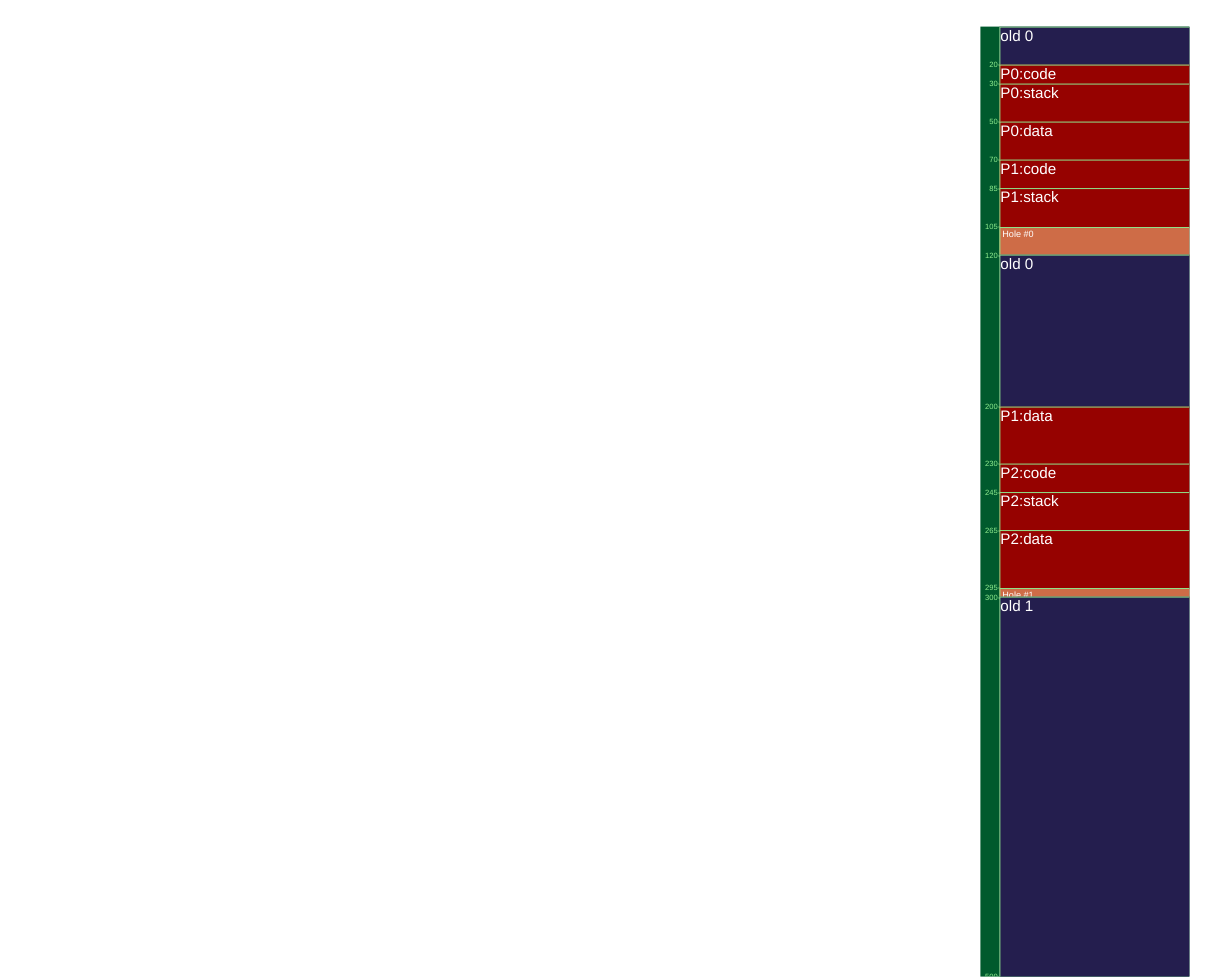
Repository: atout811/memory-allocation-project
Page: /#/final
These files come from the project's save history. The page is drawn as it stood at one moment and after the next save; the edit follows.
The browser window is 1280 px wide. The pictures show the whole page, at 95% of full size.
The project was rebuilt for these pictures with package versions that can differ from the ones it lists, and the page was loaded fresh each time. Also part of the build but not shown: src/views/MemoryAndHoles.vue, src/views/Process.vue, src/views/Methods.vue.

Above is the page before, as saved 2021-06-10 16:46:11.

### src/App.vue
<template>
  <router-view v-slot="{ Component }">
    <transition name="fade" mode="out-in">
      <component :is="Component" />
    </transition>
  </router-view>
</template>
<script>
import MemHole from "./views/MemoryAndHoles.vue";
export default {
  name: "App",
  components: { MemHole },
};
</script>
<style lang="scss">
#app {
  font-family: Avenir, Helvetica, Arial, sans-serif;
  -webkit-font-smoothing: antialiased;
  -moz-osx-font-smoothing: grayscale;
  text-align: center;
  color: #2c3e50;
  display: flex;
  flex-direction: column;
  align-items: center;
}
a {
  font-weight: bold;
  color: #42b983;

  &.router-link-exact-active {
    color: #42b983;
  }
}
.fade-enter-active,
.fade-leave-active {
  transition: opacity 0.5s ease;
}
.fade-enter-from, .fade-leave-to /* .fade-leave-active below version 2.1.8 */ {
  opacity: 0;
}
</style>

### src/router/index.js
import { createRouter, createWebHashHistory } from "vue-router";
import Process from "../views/Process";
import MemoryAndHoles from "../views/MemoryAndHoles";
import Methods from "../views/Methods";
import Final from "../views/Final";

const routes = [
  {
    path: "/",
    name: "Home",
    component: MemoryAndHoles,
  },
  {
    path: "/process",
    name: "Process",
    component: Process,
  },
  {
    path: "/methods",
    name: "Methods",
    component: Methods,
  },
  {
    path: "/final",
    name: "Final",
    component: Final,
  },
];

const router = createRouter({
  history: createWebHashHistory(),
  routes,
});

export default router;

### src/store/index.js
import { createStore } from "vuex";

export default createStore({
  state: {
    input: {
      memSize: 500,
      Holes: [
        { starting: 20, size: 100 },
        { starting: 200, size: 100 },
      ],
      Processes: [
        {
          name: "P0",
          segments: [
            { name: "code", size: 10 },
            { name: "stack", size: 20 },
            { name: "data", size: 20 },
          ],
        },
        {
          name: "P1",
          segments: [
            { name: "code", size: 15 },
            { name: "stack", size: 20 },
            { name: "data", size: 30 },
          ],
        },
        {
          name: "P2",
          segments: [
            { name: "code", size: 15 },
            { name: "stack", size: 20 },
            { name: "data", size: 30 },
          ],
        },
        {
          name: "P3",
          segments: [
            { name: "code", size: 15 },
            { name: "stack", size: 20 },
            { name: "data", size: 30 },
          ],
        },
      ],
      Method: "best-fit",
    },
  },
  mutations: {},
  actions: {},
  modules: {},
});

### src/views/Final.vue
<template>
  <div class="memory"></div>
</template>

<script>
export default {
  name: "Final",

  data() {
    return {
      data: this.$store.state.input,
    };
  },
  mounted: function () {
    const memory = document.querySelector(".memory");
    const scale = 2;
    let data = { ...this.data };
    let holes = data.Holes.map((item) => [
      Number(item.starting),
      Number(item.size),
    ]);
    // let holes = [
    //   [140, 100],
    //   [40, 80],
    //   [260, 90],
    // ];

    let totalMemorySize = Number(data.memSize);
    function orderHoles() {
      holes = holes.sort((a, b) => a[0] - b[0]);
    }
    function renderMemory() {
      memory.style.height = `${totalMemorySize * scale}px`;
    }
    renderMemory();
    let obj = {};
    // let test = data.Processes.map((item) => [
    //   null,
    //   item.segments.forEach((el) => {
    //     return Object.assign({ [el.name]: [Number(el.size)] });
    //   }),
    //   item.name,
    // ]);
    let test = [];
    for (let index = 0; index < data.Processes.length; index++) {
      let item = data.Processes[index].segments;
      let temp = {};
      for (let j = 0; j < item.length; j++) {
        temp[item[j].name] = [Number(item[j].size)];
      }
      test[index] = [null, temp, data.Processes[index].name];
    }
    let processes = [...test];
    // processes = [
    //   [null, { code: [10], data: [30], stack: [16] }, "p1"],
    //   [null, { code: [15], data: [30], stack: [25] }, "p3"],
    //   [null, { code: [10], data: [40], stack: [18] }, "p2"],
    //   [null, { code: [12], data: [10], stack: [12] }, "p4"],
    // ]; //start,size,name
    console.log("prooooooooooocess: ", processes);
    let OldProcess = [];

    function generateOldProcess() {
      const firstHoleStart = holes[0][0];

      if (firstHoleStart > 0) OldProcess.push([0, firstHoleStart, `old ${0}`]);

      for (let h = 0; h < holes.length; h++) {
        const holeStart = holes[h][0];
        const HoleSize = holes[h][1];
        const HoleEnd = holeStart + HoleSize;

        if (h === holes.length - 1) {
          const lastHole = totalMemorySize - HoleEnd;
          if (HoleEnd < totalMemorySize)
            OldProcess.push([HoleEnd, lastHole, `old ${h}`]);
        } else {
          const nextStart = holes[h + 1][0];
          OldProcess.push([HoleEnd, nextStart - HoleEnd, `old ${h}`]);
        }
      }
    }
    // alert(holes[0][0])
    function renderHoles(type, holes) {
      // holes ==>
      for (let hole = 0; hole < holes.length; hole += 1) {
        const startingIndex = holes[hole][0];
        const size = holes[hole][1];

        // alert(hole)
        const holeBox = document.createElement("div");
        if (type === "old") {
          holeBox.innerText = holes[hole][2];
          holeBox.classList.add("oldProcess");
        } else if (type === "hole") {
          holeBox.innerText = "Hole #" + hole;
          holeBox.classList.add("hole");
        } else if (type === "process") {
          holeBox.innerText = holes[hole][2];
          holeBox.classList.add("process");
        }

        holeBox.style.top = `${startingIndex * scale}px`;
        holeBox.style.height = `${size * scale}px`;
        const endSize = document.createElement("span");
        const endSizeContainer = document.createElement("div");
        endSizeContainer.classList.add("endSizeContainer");
        endSizeContainer.appendChild(endSize);
        endSize.innerText = startingIndex + size;

        endSize.classList.add("holeEndIndex");
        if (startingIndex !== null) {
          holeBox.appendChild(endSizeContainer);
          memory.appendChild(holeBox);
        } else {
          // ERROR THE PROCESS CAN'T BE ALLOCATED
        }
      }
    }

    const totalProcessSize = (process) =>
      Object.values(process).reduce((prev, acc) => prev + acc);

    let method = data.Method;
    function allocate() {
      for (let p = 0; p < processes.length; p++) {
        // DON'T TOUCH MY SHIT 😡😡😡
        // firstFit(processes[p])
        if (method == "first-fit") {
          console.log("First");
          firstFit(processes[p]);
        } else if (method == "best-fit") {
          console.log("Best");
          bestFit(processes[p], true);
        } else if (method == "first-fit") {
          console.log("Worse");
          bestFit(processes[p], false);
        }
      }
      console.log("PROCCESES", processes);
    }

    function getSmallestHole(tempHoles, segmentSize, isBest) {
      let smallestHole = isBest ? [0, 1000000] : [0, 0];

      tempHoles.forEach((hole, index) => {
        const [holeStart, holeSize] = hole;
        if (isBest) {
          if (holeSize > segmentSize && smallestHole[1] > holeSize) {
            smallestHole = hole;
            smallestHole[2] = index;
          } else if (
            smallestHole[2] === undefined &&
            index === tempHoles.length - 1
          ) {
            // couldn't find hole
            smallestHole[2] = -1;
          }
        } else {
          // worse fit (let largest hole)
          if (holeSize > segmentSize && smallestHole[1] < holeSize) {
            smallestHole = hole;
            smallestHole[2] = index;
          } else if (
            smallestHole[2] === undefined &&
            index === tempHoles.length - 1
          ) {
            // couldn't find hole
            smallestHole[2] = -1;
          }
        }
      });
      return smallestHole;
    }

    function bestFit(p, isBest) {
      // Allocate in the smallest hole
      const segments = p[1];
      let isAllProcessAllocated = true;
      let tempHoles = JSON.parse(JSON.stringify(holes));
      Object.entries(segments).forEach(
        // for each segment
        ([name, value]) => {
          const segmentSize = value[0];
          let smallest = getSmallestHole(tempHoles, segmentSize, isBest);
          const [holeStart, holeEnd, holeIndex] = smallest;
          if (holeIndex == -1) {
            console.log("PROCESS CAN NOt BE ALLOCATED", p);
            isAllProcessAllocated = false;
            p[0] = true;
          }

          value[1] = smallest[0];
          const segEnd = segmentSize + holeStart;

          if (holeIndex !== -1) {
            tempHoles[holeIndex][0] = segEnd;
            const oldHoleSize = tempHoles[holeIndex][1];
            tempHoles[holeIndex][1] = oldHoleSize - segmentSize;
          } else {
            console.log("BUBUBUB", holeIndex);
          }

          //    console.log("value",value)
          //    console.log("smallestHole",smallest)
          console.log("_________________");
        }
      );
      if (isAllProcessAllocated) holes = tempHoles;
    }

    function firstFit(p) {
      // forEach segment loop over the holes
      // create a temp allocation array
      // that array
      // const size =totalProcessSize
      const segments = p[1];
      let isAllProcessAllocated = true;
      let tempHoles = JSON.parse(JSON.stringify(holes));

      Object.entries(segments).forEach(([name, value]) => {
        tempHoles.every((hole, index) => {
          const [holeStart, holeSize] = hole;
          let [size, segmentStartingIndex] = value;
          if (size <= holeSize) {
            value[1] = tempHoles[index][0];
            const segEnd = size + holeStart;
            tempHoles[index][0] = segEnd;
            tempHoles[index][1] = tempHoles[index][1] - size;
            return false;
          } else {
            if (index === tempHoles.length - 1) {
              //😞 مش لاقي مكان
              isAllProcessAllocated = false;
              console.log("CATCH", p);
              p[0] = true;
            }
            return true;
          }
        });
      });
      if (isAllProcessAllocated) {
        holes = tempHoles;
      }
    }

    function renderProcess() {
      processes.forEach((p) => {
        // loop over segments:
        if (!p[0]) {
          Object.keys(p[1]).forEach((s) => {
            // console.log("SEGMEMT",[p[1][s][1],[p[1][s]][0]])
            renderHoles("process", [[p[1][s][1], p[1][s][0], `${p[2]}:${s}`]]);
          });
        }
        // }else{
        // PROCESS CAN NOT BE ALLOCATED (NO ENGOUGH SPACE!)
        // }
      });
    }

    function concateHoles() {
      holes.forEach((h, index) => {
        const [start, size] = h;
        if (index < holes.length - 1) {
          const end = start + size;
          const [nextStart, nextSize] = holes[index + 1];
          if (end >= nextStart) {
            holes[index][1] = nextStart + nextSize - start;
            holes = [...holes.slice(0, index + 1), ...holes.slice(index + 2)];
            concateHoles();
          }
        }
      });
    }

    function deleteProcess(processName, isOld) {
      // create a hole
      let start, ProcessSize, AfterDelete, segments;
      if (isOld) {
        // deleteProcess()
        const processIndex = OldProcess.findIndex((p) => p[2] === processName);
        AfterDelete = [
          ...OldProcess.slice(0, processIndex),
          ...OldProcess.slice(processIndex + 1),
        ];
        // [start,segments,name] =processes[processIndex]
        start = OldProcess[processIndex][0];
        ProcessSize = OldProcess[processIndex][1];

        OldProcess = AfterDelete;
        holes.push([start, ProcessSize]);
      } else {
        const processIndex = processes.findIndex((p) => p[2] === processName);
        console.log("INDDDEX", processIndex);
        AfterDelete = [
          ...processes.slice(0, processIndex),
          ...processes.slice(processIndex + 1),
        ];
        //  recover Holes
        const [starter, segments] = processes[processIndex];
        Object.values(segments).forEach(([size, starting]) => {
          console.log(size, starting);
          holes.push([starting, size]);
        });
        processes = AfterDelete;
      }

      orderHoles();
      concateHoles();
      // [null,{code:10,data:30,stack:16},"p1"]
      render();
    }
    orderHoles();
    concateHoles();
    generateOldProcess();
    // deleteProcess("old 0",true)
    // deleteProcess("old 2",true)
    allocate();

    function clear() {
      while (memory.firstChild) {
        memory.removeChild(memory.lastChild);
      }
    }

    function render() {
      clear();
      renderHoles("hole", holes);
      renderHoles("old", OldProcess);
      renderProcess();
    }
    render();
    // deleteProcess("p2",false)
    // deleteProcess("p1",false)
    // deleteProcess("p4",false)
  },
};
</script>

<style scoped >
.memory >>> body {
  display: flex;
  flex-direction: column;
  justify-content: right;
  height: 100vh;

  margin: 0;
  font-family: "Courier New", Courier, monospace;
}

.memory >>> h1 {
  color: blueviolet;
}
.memory {
  background-color: #005a2d;
  /* padding: 20px; */
  /* border-radius: 5px; */
  display: flex;
  flex-direction: column;
  width: 200px;
  align-self: flex-end;
  height: 1150px;
  /* top: 5%; */
  position: absolute;
  padding-left: 20px;
  overflow: hidden;
  margin: 20px;
}
.memory >>> .hole {
  background-color: #ce6c47;
  /* border: 0.7px solid #0f0; */
  border: 1px solid lightgreen;
  margin-top: 1px;
  /* height: 100px; */
  display: flex;
  /* align-self: center; */
  width: 100%;
  color: white;

  /* align-items: center; */
  /* justify-content: center; */
  position: absolute;
}
.memory >>> .oldProcess {
  background-color: #241e4e;
  /* border: 0.7px solid darkred; */
  color: white;
  display: flex;
  border: 1px solid lightgreen;
  width: 100%;
  position: absolute;
}
.memory >>> .process {
  background-color: #960200;
  /* border-bottom: 0.7px solid #eae7af; */
  /* border-top: 0.7px solid lightgreen; */
  display: flex;
  width: 100%;
  position: absolute;
  color: white;
  border: 1px solid lightgreen;
}

.memory >>> .hole,
.oldProcess,
.process {
  font-size: 0.6rem;
  text-transform: capitalize;
  padding-left: 2px;
  color: #fff;
  border-top: 0.2px solid lightgreen;
}

.memory >>> .endSizeContainer {
  /* background-color: red !important; */
  width: 20px;
  z-index: 1000;
  color: lightgreen !important;
  color: #ccc;
  font-size: 0.5rem;

  position: absolute;
  top: calc(100% - 5.4px);
  text-align: right;
  display: block;
  left: -20px;
}
.memory >>> .holeEndIndex::after {
  content: "-";
}
</style>

Loaded but not shown: public/index.html (common file); src/main.js (common file)

After the next save:
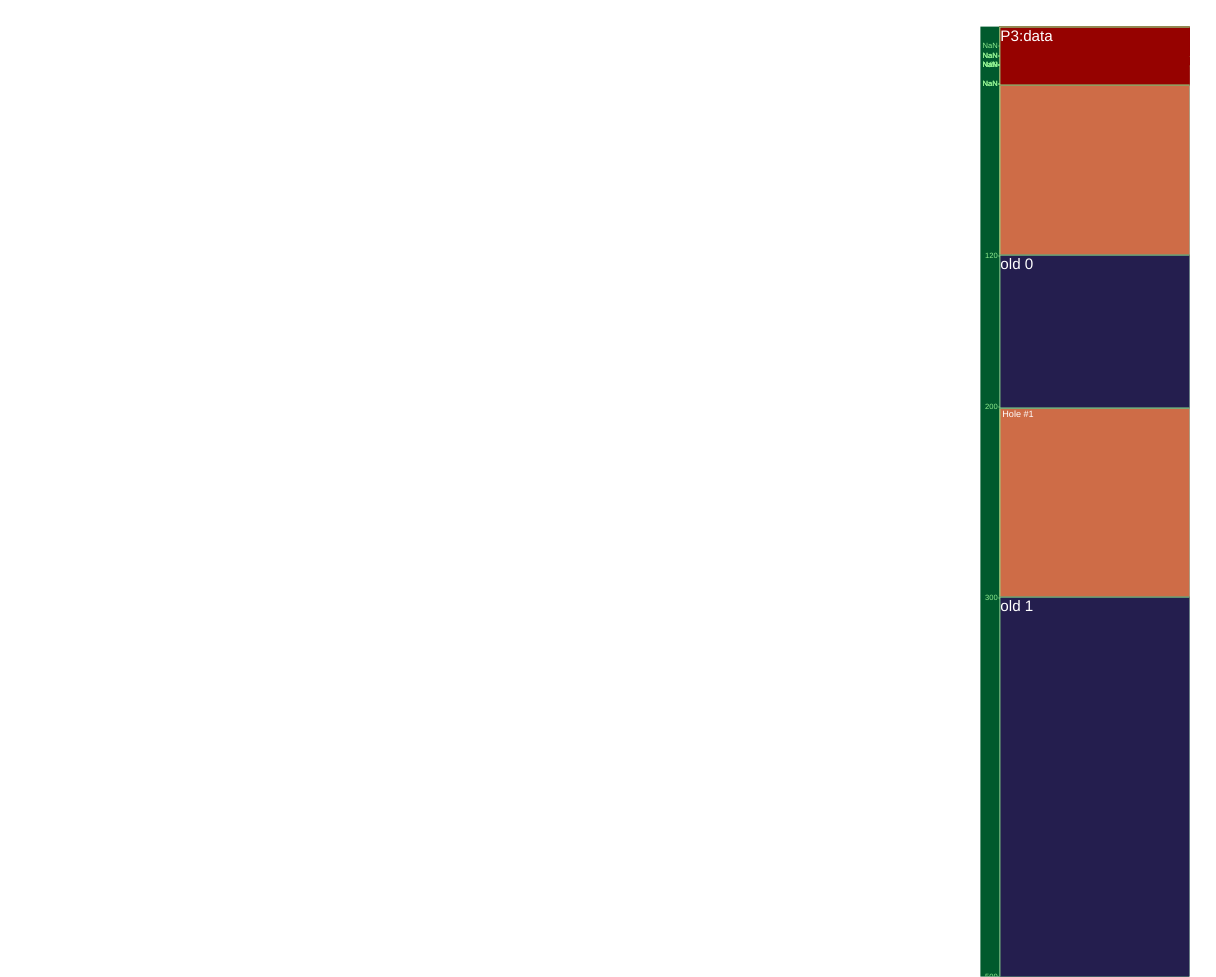
Saved 6 s later.
--- a/src/store/index.js
+++ b/src/store/index.js
@@ -42,7 +42,7 @@ export default createStore({
           ],
         },
       ],
-      Method: "best-fit",
+      Method: "worse-fit",
     },
   },
   mutations: {},

After the save that followed:
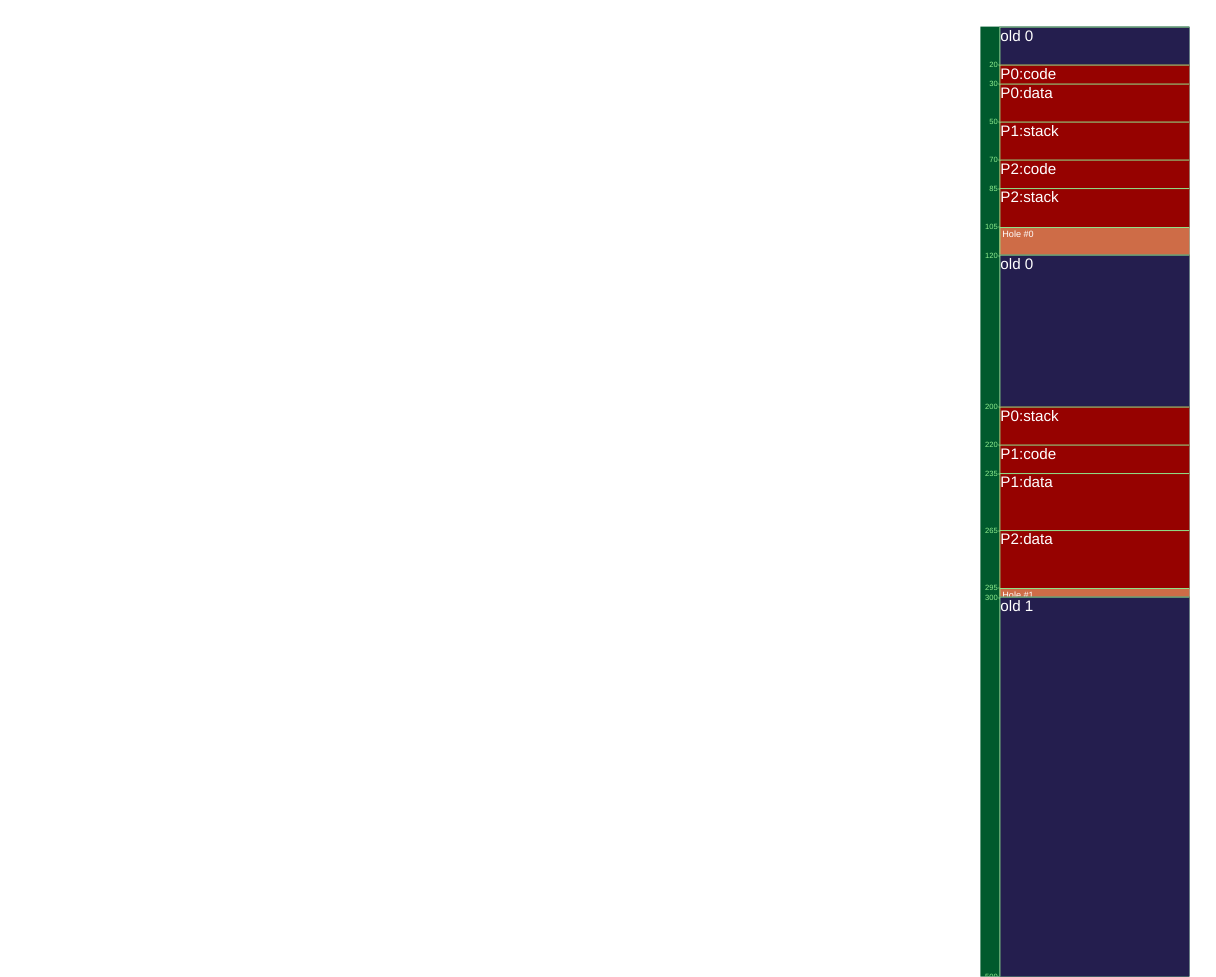
Saved 22 s later.
--- a/src/views/Final.vue
+++ b/src/views/Final.vue
@@ -132,7 +132,7 @@ export default {
         } else if (method == "best-fit") {
           console.log("Best");
           bestFit(processes[p], true);
-        } else if (method == "first-fit") {
+        } else if (method == "worse-fit") {
           console.log("Worse");
           bestFit(processes[p], false);
         }
